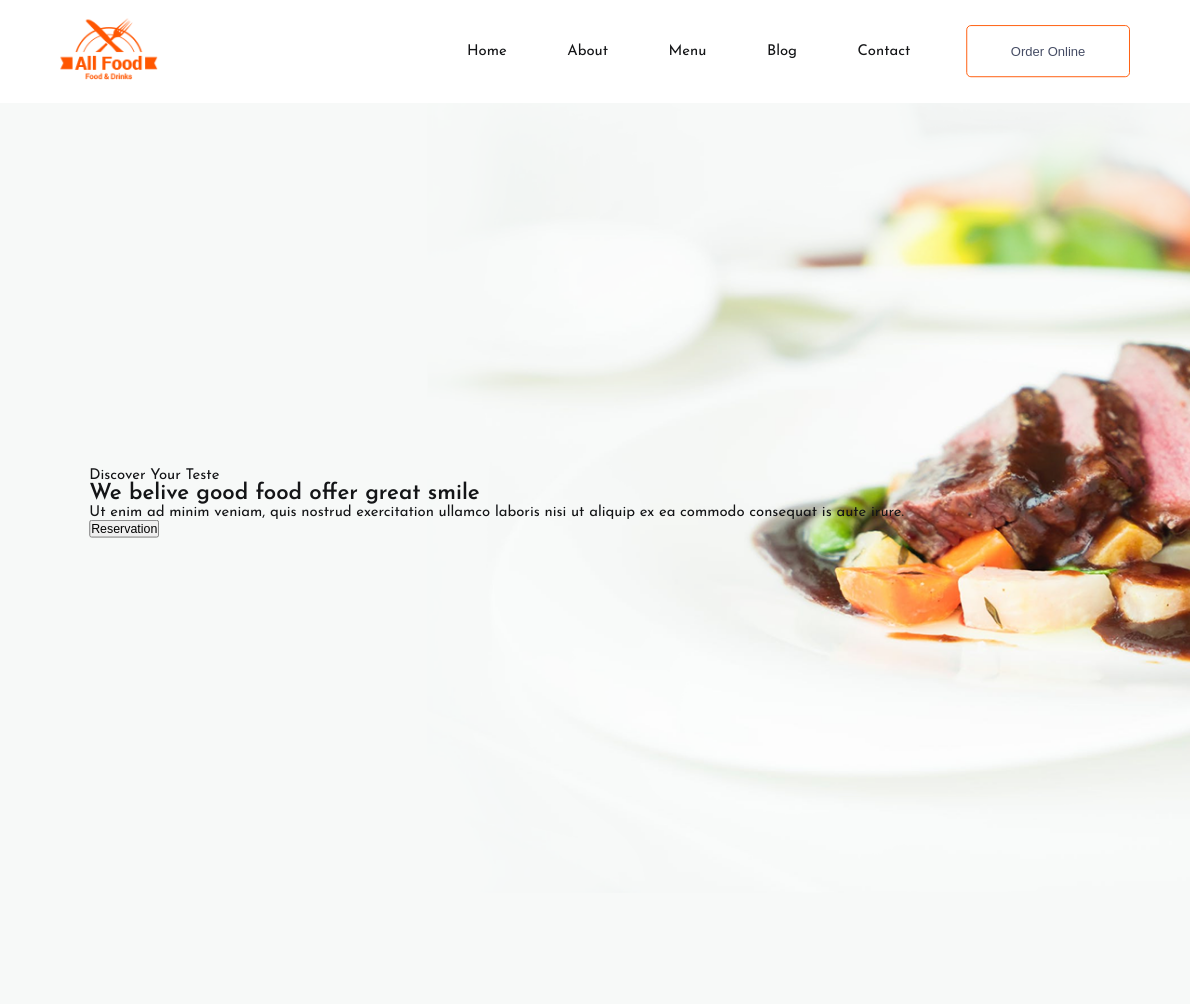
Repository: Ebtehal18/food
Page: index.html
These files come from the project's save history. The page is drawn as it stood at one moment and after the next save; the edit follows.
The browser window is 1280 px wide. The pictures show the whole page, at 93% of full size.

Above is the page before, as saved 2024-01-16 20:45:58.

After the next save:
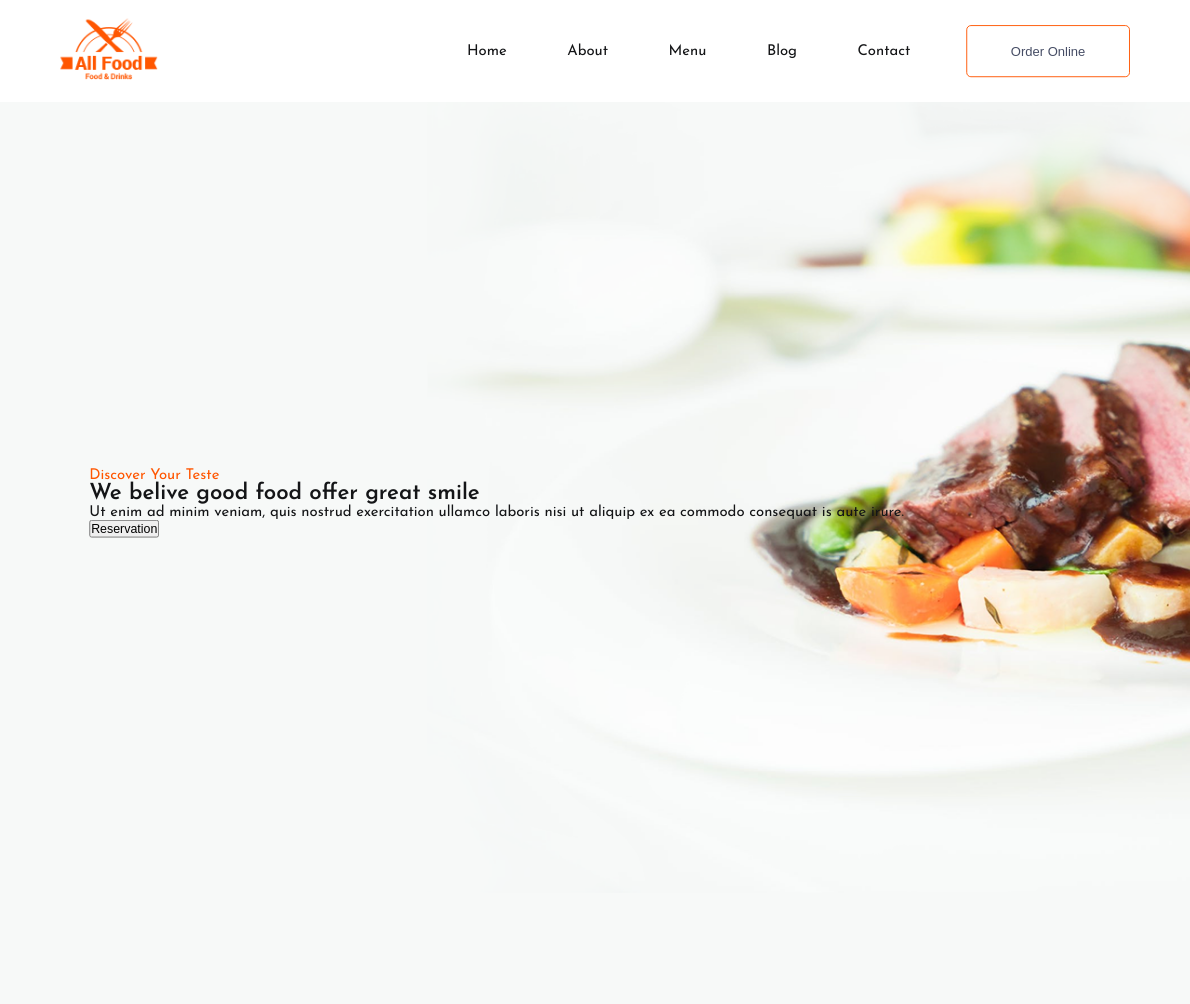
Saved 25 s later.
--- a/asessets/css/style.css
+++ b/asessets/css/style.css
@@ -163,5 +163,7 @@
   flex-flow: column;
 }
 .hero .hero-content span {
-  color: ;
+  color: #ff5600;
+  font-size: 16px;
+  font-weight: ;
 }
